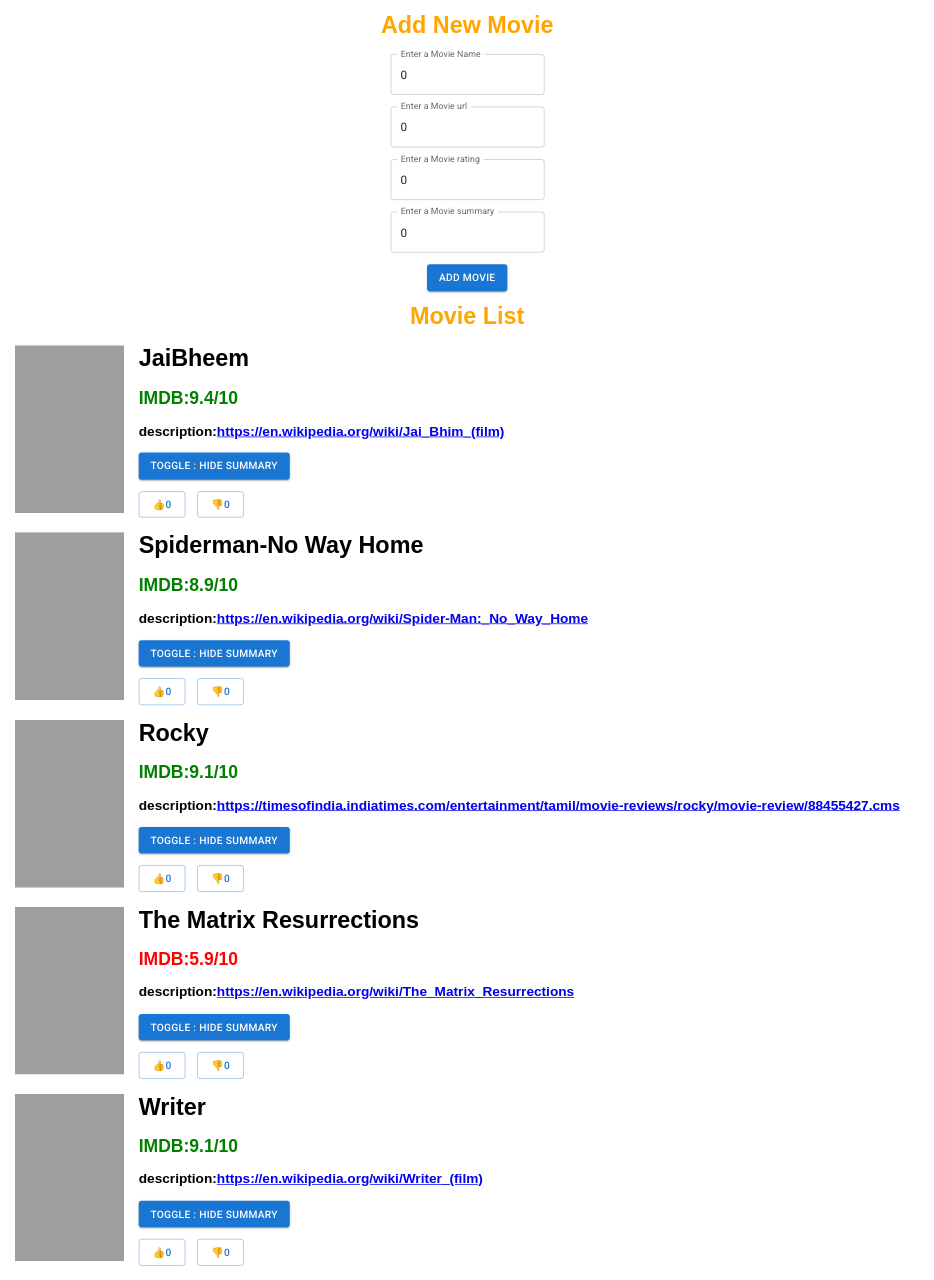
Repository: baladhinesh18/first-app
Page: /
These files come from the project's save history. The page is drawn as it stood at one moment and after the next save; the edit follows.
The browser window is 1280 px wide. The pictures show the whole page, at 73% of full size.
Pictures or frames that could not be fetched are drawn as grey boxes. The project was rebuilt for these pictures with package versions that can differ from the ones it lists, and the page was loaded fresh each time.

Above is the page before, as saved 2022-01-07 15:28:12.

### public/index.html
<!DOCTYPE html>
<html lang="en">
  <head>
    <meta charset="utf-8" />
    <!-- <link rel="icon" href="%PUBLIC_URL%/favicon.ico" /> -->
    <meta name="viewport" content="width=device-width, initial-scale=1" />
    <meta name="theme-color" content="#000000" />
    <meta
      name="description"
      content="Web site created using create-react-app"
    />
    <!-- <link rel="apple-touch-icon" href="%PUBLIC_URL%/logo192.png" /> -->
    <!--
      manifest.json provides metadata used when your web app is installed on a
      user's mobile device or desktop. See https://developers.google.com/web/fundamentals/web-app-manifest/
    -->
    <!-- <link rel="manifest" href="%PUBLIC_URL%/manifest.json" /> -->
    <!--
      Notice the use of %PUBLIC_URL% in the tags above.
      It will be replaced with the URL of the `public` folder during the build.
      Only files inside the `public` folder can be referenced from the HTML.

      Unlike "/favicon.ico" or "favicon.ico", "%PUBLIC_URL%/favicon.ico" will
      work correctly both with client-side routing and a non-root public URL.
      Learn how to configure a non-root public URL by running `npm run build`.
    -->
    <link
  rel="stylesheet"
  href="https://fonts.googleapis.com/css?family=Roboto:300,400,500,700&display=swap"
/>
<link
  rel="stylesheet"
  href="https://fonts.googleapis.com/icon?family=Material+Icons"
/>
    <title>New Movies</title>
  </head>
  <body>
    <noscript>You need to enable JavaScript to run this app.</noscript>
    <div id="root"></div>
    <!--
      This HTML file is a template.
      If you open it directly in the browser, you will see an empty page.

      You can add webfonts, meta tags, or analytics to this file.
      The build step will place the bundled scripts into the <body> tag.

      To begin the development, run `npm start` or `yarn start`.
      To create a production bundle, use `npm run build` or `yarn build`.
    -->
  </body>
</html>

### src/App.js

import './App.css';
import {useState} from "react";
import Button from '@mui/material/Button';
import TextField from '@mui/material/TextField';
function App() {
  let users = [
    {
      name: "JaiBheem",
      url:
      "https://encrypted-tbn3.gstatic.com/images?q=tbn:ANd9GcQm8U_-RJoMKrgvpIVLbDV8ovuHIp-p_Ls5I7WHaXJUUCbhjQVd",
      rating:"9.4",
      summary:"https://en.wikipedia.org/wiki/Jai_Bhim_(film)"
    },
    {
      name: "Spiderman-No Way Home",
      url:
      "https://www.thehindubusinessline.com/news/variety/4sw3ar/article37984362.ece/ALTERNATES/PORTRAIT_355/Spider-Man---No-Way-Home-Poster-Pic-Credit---Marvel",
      rating:"8.9",
      summary:"https://en.wikipedia.org/wiki/Spider-Man:_No_Way_Home"
    },
    {
      name: "Rocky",
      url:
      "https://static.toiimg.com/thumb/msid-88435003,width-219,height-317,imgsize-16192/88435003.jpg",
      rating:"9.1",
      summary:"https://timesofindia.indiatimes.com/entertainment/tamil/movie-reviews/rocky/movie-review/88455427.cms"
    },
    {
      name: " The Matrix Resurrections",
      url:
      "https://encrypted-tbn0.gstatic.com/images?q=tbn:ANd9GcQHjE4eApjpFWlpAdiC_aFG2FkfvimiGW0TK4mB-hc_T4Uitj9J",
      rating:"5.9",
      summary:"https://en.wikipedia.org/wiki/The_Matrix_Resurrections"
    },
    {
      name: "Writer",
      url:
      "https://static.moviecrow.com/gallery/20210414/185058-Ey6W3Z2VoAMu4P2%20(1).jpg",
      rating:"9.1",
      summary:"https://en.wikipedia.org/wiki/Writer_(film)"
    }
  ];
  const mart={margin:'1rem 0 0 0'}
  const [List, setList] = useState(0);
  return (
    <div className="App">
    <h1 className="lor">Add New Movie</h1>
      <div  className="btn">
      <TextField id="outlined-basic" label="Enter a Movie Name" variant="outlined" value={List} onChange={(nameev)=>(nameev.target.value)} />
      <TextField id="outlined-basic" label="Enter a Movie url" variant="outlined" style={mart} value={List} onChange={(urlev)=>(urlev.target.value)} />
      <TextField id="outlined-basic" label="Enter a Movie rating" variant="outlined" style={mart} value={List} onChange={(rateev)=>(rateev.target.value)}/>
      <TextField id="outlined-basic" label="Enter a Movie summary" variant="outlined" style={mart} value={List} onChange={(sumev)=>(sumev.target.value)} />
      <Button  variant="contained" style={mart} onClick={()=>setList([...users,List])}>Add Movie</Button>
      {/* <Counter/> */}
      </div>
     <h1 className="lor">Movie List</h1>
      {users.map(({ name, url ,rating,summary}) => (
        <Starting key={url} nme={name} ur={url} rat={rating} des={summary} >
        </Starting>
      ))}


    </div>
  );
}
function Counter(){
const [like,setLike]=useState(0);
const[dislike,setDislike]=useState(0);
const marr={margin:'0 1rem 0 0 '}
return(
  <div className="vacls">
  <Button onClick={()=>setLike(like+1)}   variant="outlined" style={marr}>👍{like}</Button>
  <Button onClick={()=>setDislike(dislike+1)}   variant="outlined" >👎{dislike}</Button>
  {/* <h1>{like}</h1> */}
  </div>
)}

function Starting({ nme, ur,rat,des }) {
const styles={color: rat>=8.5? "green":"red"};
const[isHide,setIsHide]=useState(true);

  return (
    <div>
    <div className="ro">
     <img src={ur} className="mg" alt={nme} />
      <div className="col">
      <h1> {nme}</h1>
      <h2 style={styles}>IMDB:{rat}/10</h2>
      { isHide?<h3>description:<a href={des}>{des}</a></h3>:null}
      {/* <h3>description:<a href={des}>{des}</a></h3> */}
      <div>
    <Button onClick={()=>setIsHide(!isHide)} variant="contained">Toggle : Hide summary</Button>
    </div>
    <Counter/>
      </div>
    </div>
    </div>
  );
}

// function ColorBox(){

// }

export default App;

### src/App.css
.App {
  font-family: sans-serif;
  text-align: center;
}
.mg {
  height: 230px;
  width: 150px;
  object-fit: center;
}
.ro{
display: flex;
flex-direction: row;
margin-left: 20px;
margin-bottom: 20px;
}
.col{
  display:flex;
  flex-direction: column;
  align-items: flex-start;
margin-left: 20px;
}
.lor{
color:orange;
margin-top: 1rem;
}
h1,h2,h3{
  margin-top: 0px;
  gap: 1rem;
}
button{
  margin-bottom: 1rem;
}
.vacls{
margin-top: 1rem;
margin-right: 1rem;
}
.btn{
  display: flex;
  flex-direction: column;
  justify-content: center;
  align-items: center;
 }
 .bncs{
   margin-top:5rem;
 }

Loaded but not shown: src/index.js (common file); src/index.css (common file); src/reportWebVitals.js (common file)

After the next save:
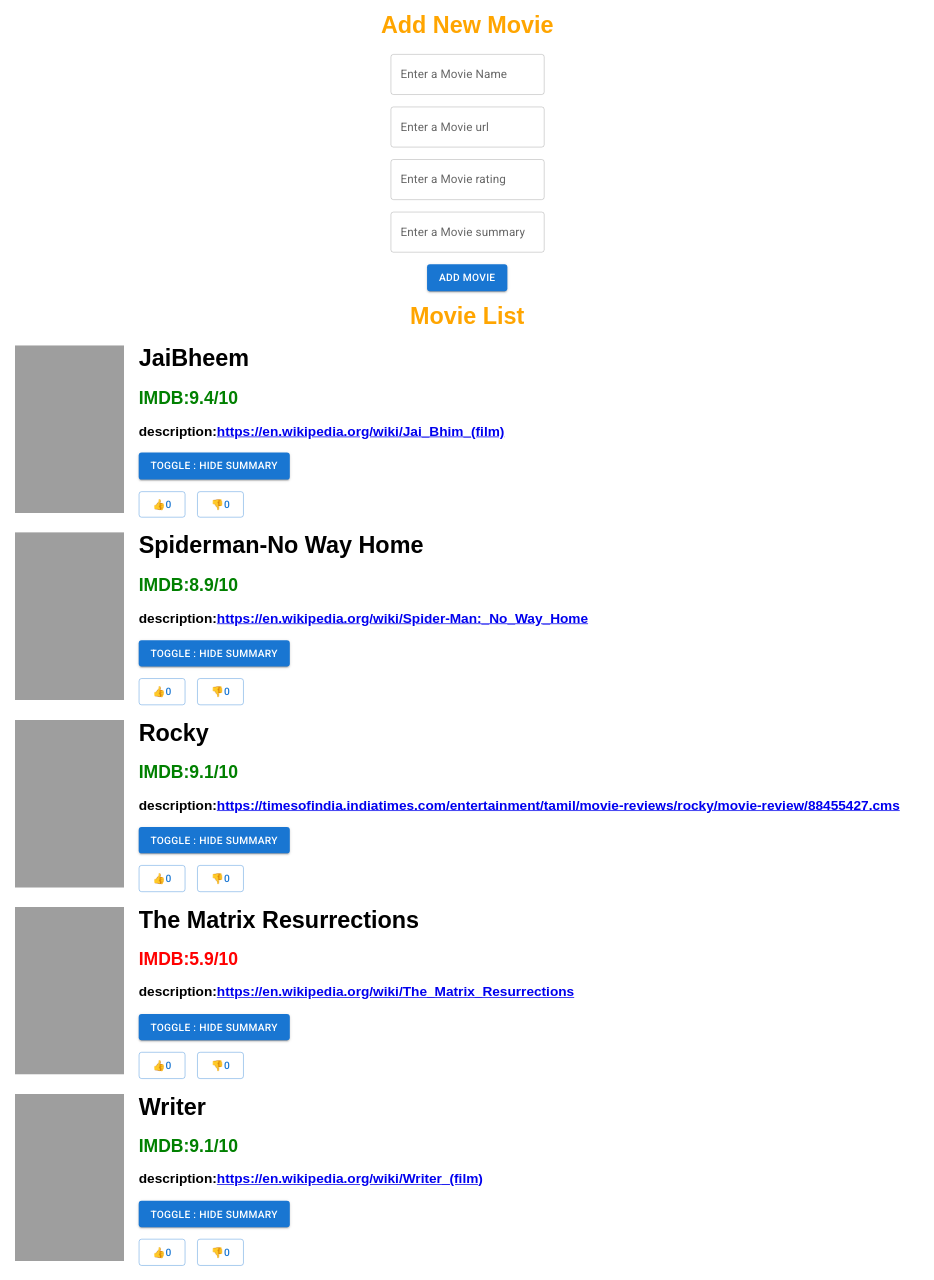
Saved 17 s later.
--- a/src/App.js
+++ b/src/App.js
@@ -42,7 +42,7 @@
     }
   ];
   const mart={margin:'1rem 0 0 0'}
-  const [List, setList] = useState(0);
+  const [List, setList] = useState("");
   return (
     <div className="App">
     <h1 className="lor">Add New Movie</h1>
